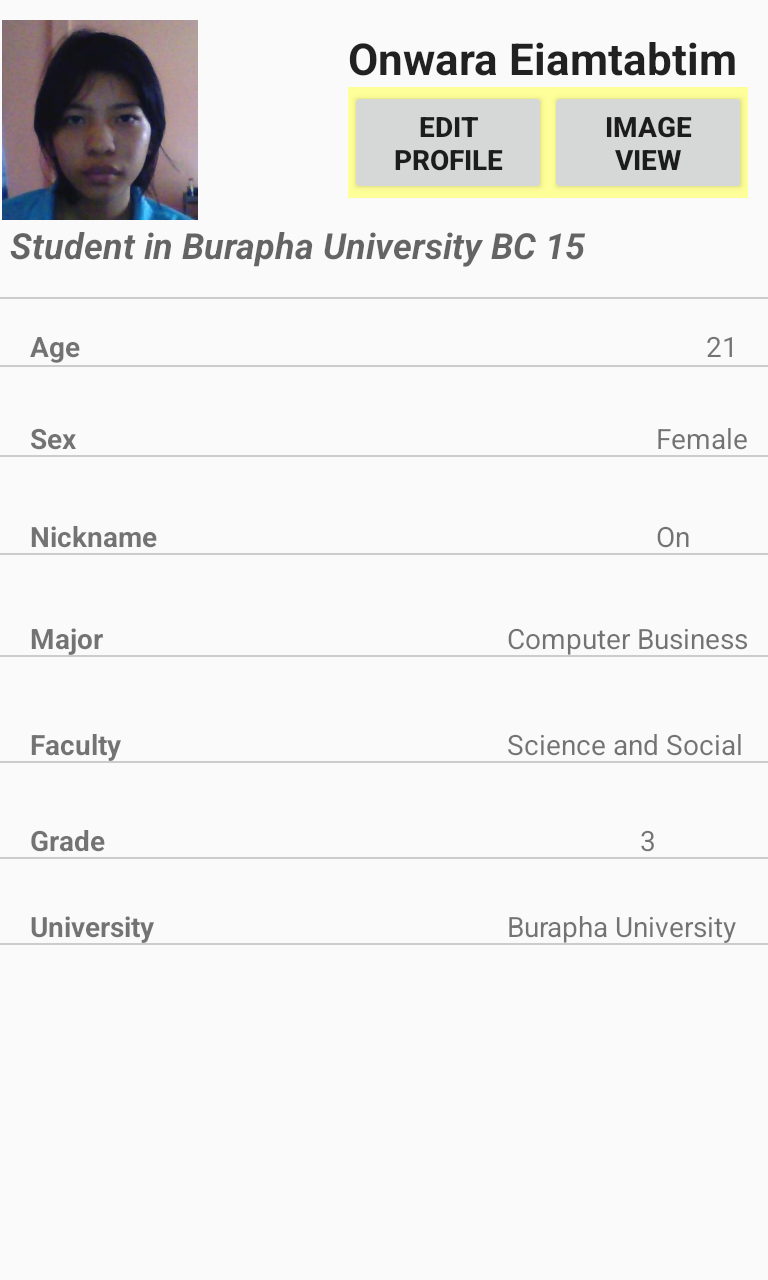
Repository: Android55410599/PROFILE
Layout: Resume_55410559/res/layout/activity_main.xml
An editor plug-in stored every save of this project. The layout is shown before and after the next save, followed by the edit.
It is drawn on a 768 x 1280 px phone screen (xhdpi) without system bars, with theme AppTheme; the app's code is not run.

Above is the layout before, as saved 2014-09-03 13:16:31.

After the next save:
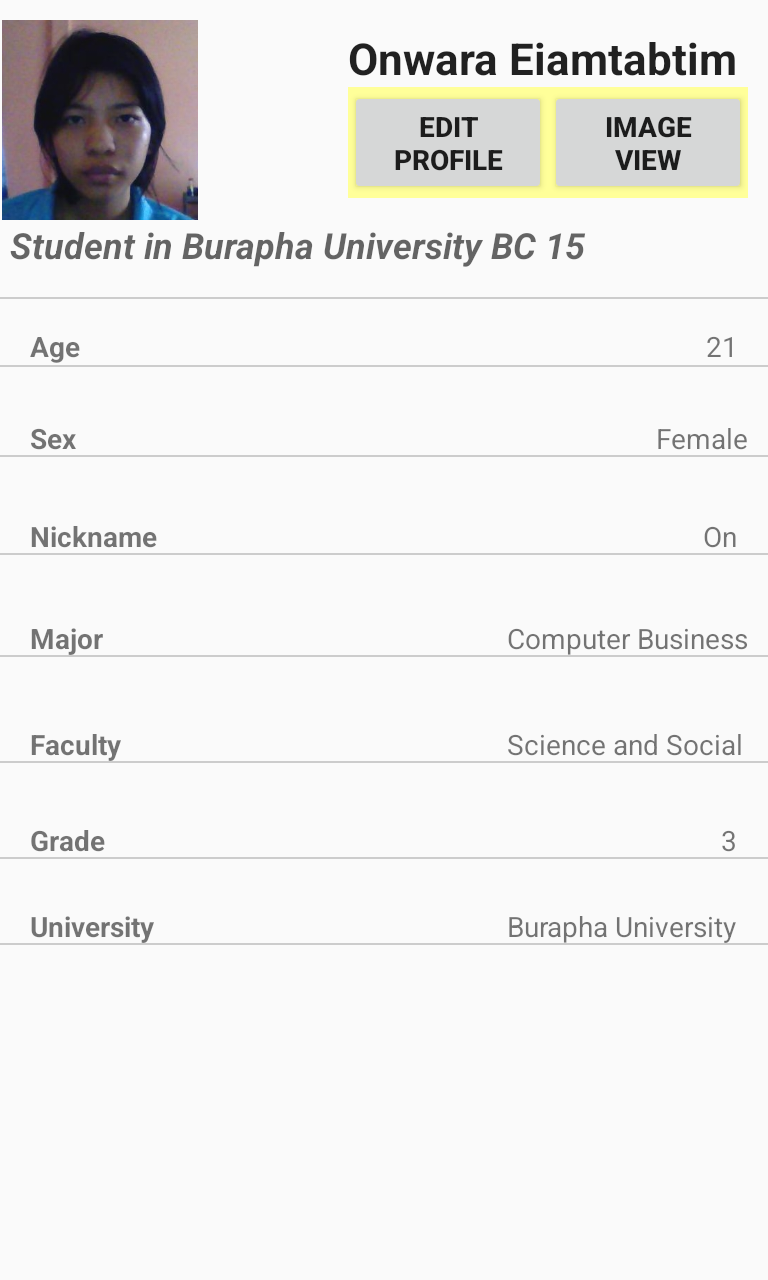
Saved 3 min 53 s later.
--- a/Resume_55410559/res/layout/activity_main.xml
+++ b/Resume_55410559/res/layout/activity_main.xml
@@ -117,14 +117,6 @@
         android:text="Nickname"
         android:textStyle="bold" />
 
-    <TextView
-        android:id="@+id/textView8"
-        android:layout_width="wrap_content"
-        android:layout_height="wrap_content"
-        android:layout_alignBottom="@+id/View01"
-        android:layout_alignLeft="@+id/textView6"
-        android:text="On" />
-
     <View
         android:id="@+id/View05"
         android:layout_width="wrap_content"
@@ -239,14 +231,6 @@
         android:text="Major"
         android:textStyle="bold" />
 
-    <TextView
-        android:id="@+id/textView14"
-        android:layout_width="wrap_content"
-        android:layout_height="wrap_content"
-        android:layout_alignBottom="@+id/View04"
-        android:layout_toLeftOf="@+id/textView8"
-        android:text="3" />
-
     <View
         android:id="@+id/view1"
         android:layout_width="wrap_content"
@@ -256,6 +240,22 @@
         android:layout_marginTop="14dp"
         android:background="#cccccc" />
 
+    <TextView
+        android:id="@+id/textView8"
+        android:layout_width="wrap_content"
+        android:layout_height="wrap_content"
+        android:layout_above="@+id/View02"
+        android:layout_alignRight="@+id/textView16"
+        android:text="On" />
+
+    <TextView
+        android:id="@+id/textView14"
+        android:layout_width="wrap_content"
+        android:layout_height="wrap_content"
+        android:layout_above="@+id/View05"
+        android:layout_alignRight="@+id/textView16"
+        android:text="3" />
+
     <View
         android:id="@+id/view2"
         android:layout_width="wrap_content"
